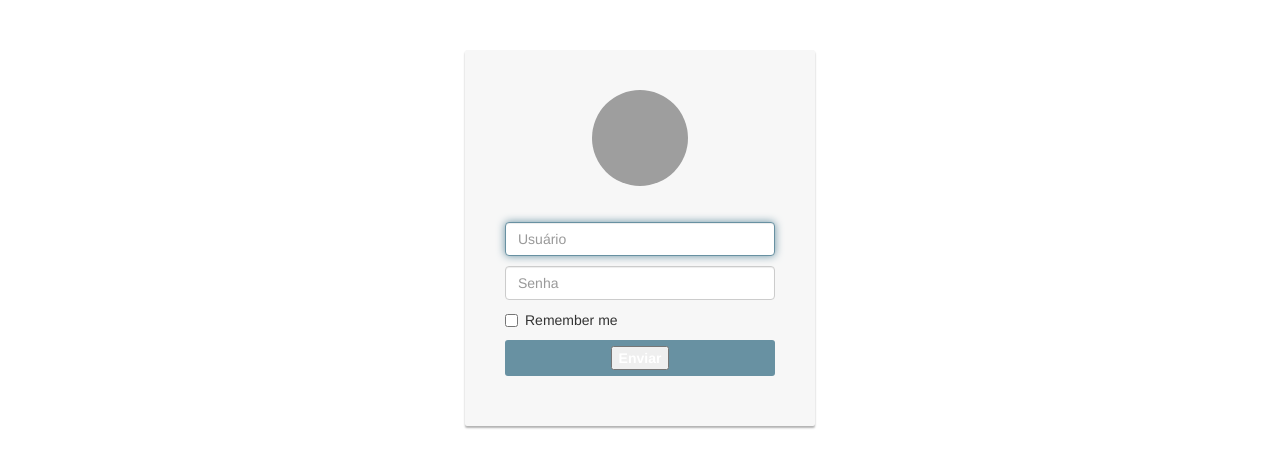
Repository: JacksonPassos/JAAS
Page: http://localhost/gerenciador/jsp/login.jsp
An editor plug-in stored every save of this project. The page is shown before and after the next save, followed by the edit.
The browser window is 1280 px wide. The pictures show the whole page.
Pictures or frames that could not be fetched are drawn as grey boxes. The page is served by Tomcat 9.

Above is the page before, as saved 2017-05-16 21:28:52.
Console error: ReferenceError: $ is not defined

### gerenciador/WebContent/jsp/login.jsp
<%@ page language="java" contentType="text/html; charset=ISO-8859-1"
    pageEncoding="ISO-8859-1"%>
<!DOCTYPE html PUBLIC "-//W3C//DTD HTML 4.01 Transitional//EN" "http://www.w3.org/TR/html4/loose.dtd">
<html>
<head>
<meta http-equiv="Content-Type" content="text/html; charset=UTF-8">
<link rel="stylesheet" type="text/css" href="../bootstrap/css/bootstrap.min.css">
<style type="text/css">
/*
 * Specific styles of signin component
 */
/*
 * General styles
 */
body, html {
    height: 100%;
    background-repeat: no-repeat;

}

.card-container.card {
    max-width: 350px;
    padding: 40px 40px;
}

.btn {
    font-weight: 700;
    height: 36px;
    -moz-user-select: none;
    -webkit-user-select: none;
    user-select: none;
    cursor: default;
}

/*
 * Card component
 */
.card {
    background-color: #F7F7F7;
    /* just in case there no content*/
    padding: 20px 25px 30px;
    margin: 0 auto 25px;
    margin-top: 50px;
    /* shadows and rounded borders */
    -moz-border-radius: 2px;
    -webkit-border-radius: 2px;
    border-radius: 2px;
    -moz-box-shadow: 0px 2px 2px rgba(0, 0, 0, 0.3);
    -webkit-box-shadow: 0px 2px 2px rgba(0, 0, 0, 0.3);
    box-shadow: 0px 2px 2px rgba(0, 0, 0, 0.3);
}

.profile-img-card {
    width: 96px;
    height: 96px;
    margin: 0 auto 10px;
    display: block;
    -moz-border-radius: 50%;
    -webkit-border-radius: 50%;
    border-radius: 50%;
}

/*
 * Form styles
 */
.profile-name-card {
    font-size: 16px;
    font-weight: bold;
    text-align: center;
    margin: 10px 0 0;
    min-height: 1em;
}

.reauth-email {
    display: block;
    color: #404040;
    line-height: 2;
    margin-bottom: 10px;
    font-size: 14px;
    text-align: center;
    overflow: hidden;
    text-overflow: ellipsis;
    white-space: nowrap;
    -moz-box-sizing: border-box;
    -webkit-box-sizing: border-box;
    box-sizing: border-box;
}

.form-signin #inputEmail,
.form-signin #inputPassword {
    direction: ltr;
    height: 44px;
    font-size: 16px;
}

.form-signin input[type=email],
.form-signin input[type=password],
.form-signin input[type=text],
.form-signin button {
    width: 100%;
    display: block;
    margin-bottom: 10px;
    z-index: 1;
    position: relative;
    -moz-box-sizing: border-box;
    -webkit-box-sizing: border-box;
    box-sizing: border-box;
}

.form-signin .form-control:focus {
    border-color: rgb(104, 145, 162);
    outline: 0;
    -webkit-box-shadow: inset 0 1px 1px rgba(0,0,0,.075),0 0 8px rgb(104, 145, 162);
    box-shadow: inset 0 1px 1px rgba(0,0,0,.075),0 0 8px rgb(104, 145, 162);
}

.btn.btn-signin {
    /*background-color: #4d90fe; */
    background-color: rgb(104, 145, 162);
    /* background-color: linear-gradient(rgb(104, 145, 162), rgb(12, 97, 33));*/
    padding: 0px;
    font-weight: 700;
    font-size: 14px;
    height: 36px;
    -moz-border-radius: 3px;
    -webkit-border-radius: 3px;
    border-radius: 3px;
    border: none;
    -o-transition: all 0.218s;
    -moz-transition: all 0.218s;
    -webkit-transition: all 0.218s;
    transition: all 0.218s;
}

.btn.btn-signin:hover,
.btn.btn-signin:active,
.btn.btn-signin:focus {
    background-color: rgb(12, 97, 33);
}

.forgot-password {
    color: rgb(104, 145, 162);
}

.forgot-password:hover,
.forgot-password:active,
.forgot-password:focus{
    color: rgb(12, 97, 33);
}
</style>
<script type="text/javascript">
$( document ).ready(function() {
    // DOM ready

    // Test data
    /*
     * To test the script you should discomment the function
     * testLocalStorageData and refresh the page. The function
     * will load some test data and the loadProfile
     * will do the changes in the UI
     */
    // testLocalStorageData();
    // Load profile if it exits
    loadProfile();
});

/**
 * Function that gets the data of the profile in case
 * thar it has already saved in localstorage. Only the
 * UI will be update in case that all data is available
 *
 * A not existing key in localstorage return null
 *
 */
function getLocalProfile(callback){
    var profileImgSrc      = localStorage.getItem("PROFILE_IMG_SRC");
    var profileName        = localStorage.getItem("PROFILE_NAME");
    var profileReAuthEmail = localStorage.getItem("PROFILE_REAUTH_EMAIL");

    if(profileName !== null
            && profileReAuthEmail !== null
            && profileImgSrc !== null) {
        callback(profileImgSrc, profileName, profileReAuthEmail);
    }
}

/**
 * Main function that load the profile if exists
 * in localstorage
 */
function loadProfile() {
    if(!supportsHTML5Storage()) { return false; }
    // we have to provide to the callback the basic
    // information to set the profile
    getLocalProfile(function(profileImgSrc, profileName, profileReAuthEmail) {
        //changes in the UI
        $("#profile-img").attr("src",profileImgSrc);
        $("#profile-name").html(profileName);
        $("#reauth-email").html(profileReAuthEmail);
        $("#inputEmail").hide();
        $("#remember").hide();
    });
}

/**
 * function that checks if the browser supports HTML5
 * local storage
 *
 * @returns {boolean}
 */
function supportsHTML5Storage() {
    try {
        return 'localStorage' in window && window['localStorage'] !== null;
    } catch (e) {
        return false;
    }
}

/**
 * Test data. This data will be safe by the web app
 * in the first successful login of a auth user.
 * To Test the scripts, delete the localstorage data
 * and comment this call.
 *
 * @returns {boolean}
 */
function testLocalStorageData() {
    if(!supportsHTML5Storage()) { return false; }
    localStorage.setItem("PROFILE_IMG_SRC", "//lh3.googleusercontent.com/-6V8xOA6M7BA/AAAAAAAAAAI/AAAAAAAAAAA/rzlHcD0KYwo/photo.jpg?sz=120" );
    localStorage.setItem("PROFILE_NAME", "César Izquierdo Tello");
    localStorage.setItem("PROFILE_REAUTH_EMAIL", "oneaccount@gmail.com");
}

</script>

<title>Login</title>
</head>
<body>

 <div class="container">
        <div class="card card-container">
            <!-- <img class="profile-img-card" src="//lh3.googleusercontent.com/-6V8xOA6M7BA/AAAAAAAAAAI/AAAAAAAAAAA/rzlHcD0KYwo/photo.jpg?sz=120" alt="" /> -->
            <img id="profile-img" class="profile-img-card" src="//ssl.gstatic.com/accounts/ui/avatar_2x.png" />
            <p id="profile-name" class="profile-name-card"></p>

            <form class="form-signin" action="j_security_check" method="post">
                <span id="reauth-email" class="reauth-email"></span>
                <input id="j_username" name="j_username" type="text" class="form-control" placeholder="Usuário" required autofocus>
                <input id="j_password" name="j_password" type="password" class="form-control" placeholder="Senha" required>
                <div id="remember" class="checkbox">
                    <label>
                        <input type="checkbox" value="remember-me"> Remember me
                    </label>
                </div>
                <button class="btn btn-lg btn-primary btn-block btn-signin"><input type="submit" value="Enviar"></button>
            </form><!-- /form -->
        </div><!-- /card-container -->
    </div><!-- /container -->
</body>
</html>

Loaded but not shown: gerenciador/WebContent/bootstrap/css/bootstrap.min.css (library)

After the next save:
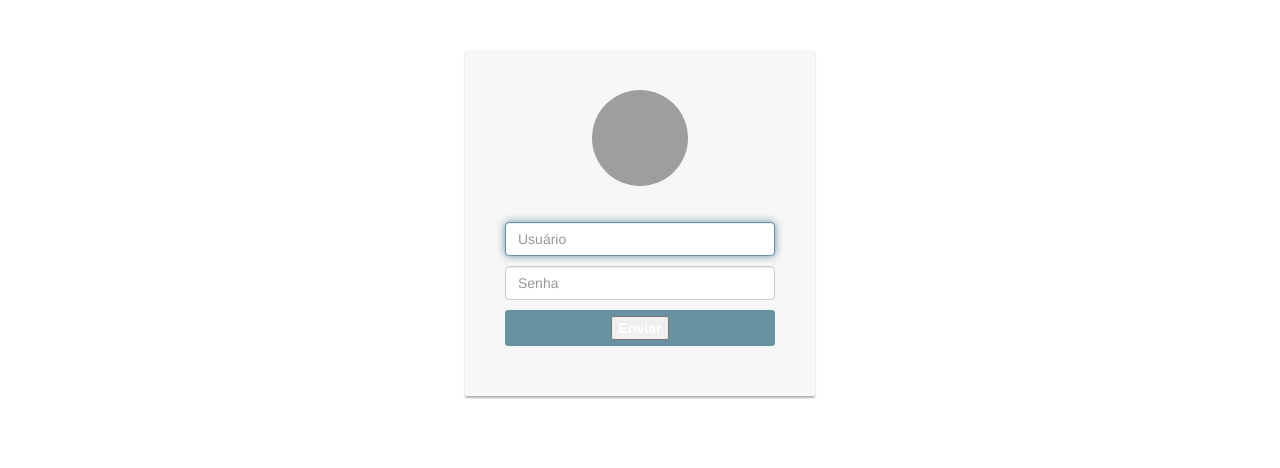
Saved 26 s later.
--- a/gerenciador/WebContent/jsp/login.jsp
+++ b/gerenciador/WebContent/jsp/login.jsp
@@ -247,11 +247,6 @@ function testLocalStorageData() {
                 <span id="reauth-email" class="reauth-email"></span>
                 <input id="j_username" name="j_username" type="text" class="form-control" placeholder="Usuário" required autofocus>
                 <input id="j_password" name="j_password" type="password" class="form-control" placeholder="Senha" required>
-                <div id="remember" class="checkbox">
-                    <label>
-                        <input type="checkbox" value="remember-me"> Remember me
-                    </label>
-                </div>
                 <button class="btn btn-lg btn-primary btn-block btn-signin"><input type="submit" value="Enviar"></button>
             </form><!-- /form -->
         </div><!-- /card-container -->
